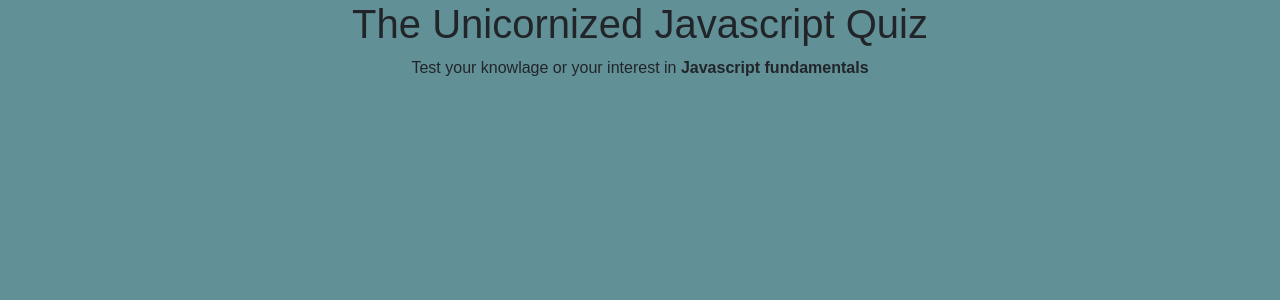
Repository: CharlotteAneriksson/donutQuiz
Page: index.html
The author's editor kept a record of every edit. The page is drawn from the files as they stood at one moment, then again after the next edit.
The browser window is 1280 px wide. The pictures show the whole page.

Above is the page before.

### index.html
<!DOCTYPE html>
<html lang="en">
<head>
    <meta charset="UTF-8">
    <meta name="viewport" content="width=device-width, initial-scale=1.0">
    <meta http-equiv="X-UA-Compatible" content="ie=edge">
    <title>JavaScript Quiz</title>

    <link href="https://fonts.googleapis.com/css?family=Playfair+Display&display=swap" rel="stylesheet">
    <link rel="stylesheet" href="https://stackpath.bootstrapcdn.com/bootstrap/4.3.1/css/bootstrap.min.css" type="text/css" />
    <link rel="stylesheet" href="css/style.css" type="text/css" >
    <script type="text/javascript" src="scripts/script.js"></script>
</head>
<body>
    <div class="container text-center">
        <header>
            <h1 class="text-capitalize">the unicornized javascript quiz</h1>
            <p>Test your knowlage or your interest in <strong>Javascript fundamentals</strong></p>
        </header>
        <section>

        </section>
    </div>
</body>
</html>

### css/style.css
body{
    margin: 0;
    padding: 0;
    width:100%;
    background-color:#619196;
    font-family: 'Roboto Mono', sans-serif ;
}

.container{
    width:60%;
    margin: 0 auto;
    background-color:#619196;
}

Loaded but not shown: scripts/script.js (no stored copy; drawn as an empty file)

After the next edit:
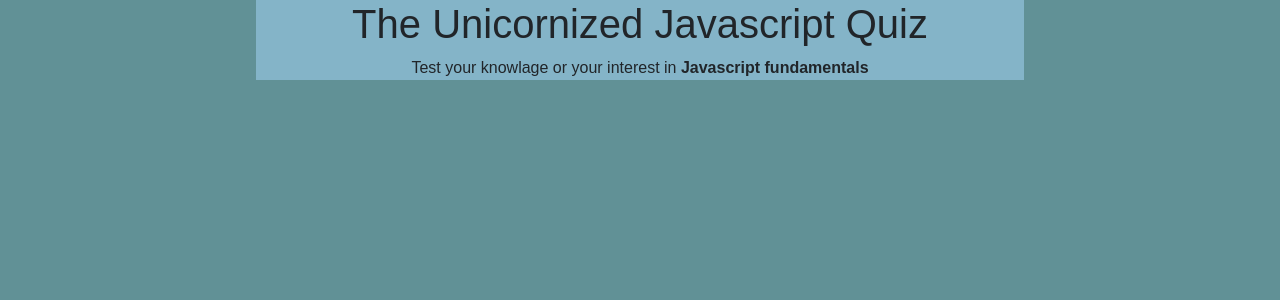
The edit:
--- a/css/style.css
+++ b/css/style.css
@@ -9,5 +9,5 @@
 .container{
     width:60%;
     margin: 0 auto;
-    background-color:#619196;
+    background-color:#84b4c8;
 }
